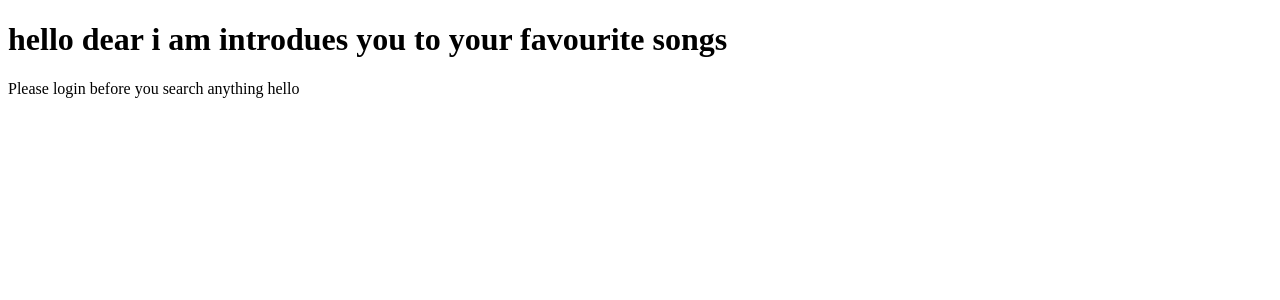
Repository: sandypatidar/my-all-java-code
Page: eclipse-workspace/eclipse-workspace/myProject/WebContent/index.html
The author's editor kept a copy of each file at every save. The page is drawn from the files as they stood at one save, then again after the next save.
The browser window is 1280 px wide. The pictures show the whole page.

Above is the page before, as saved 2019-05-30 13:13:11.

After the next save:
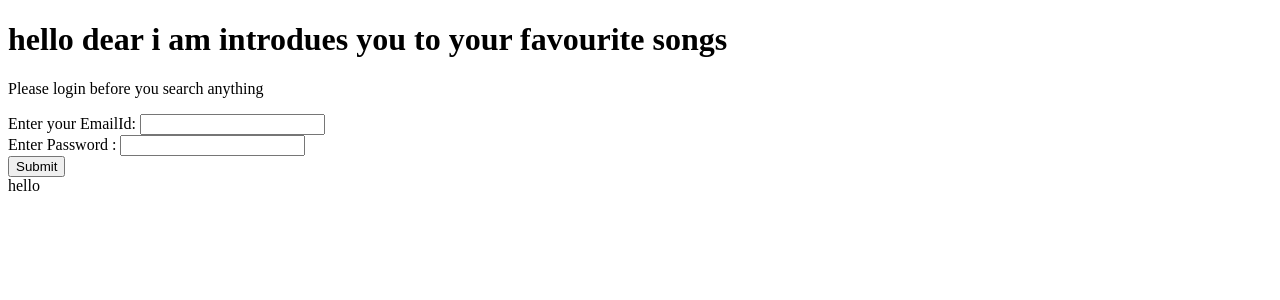
Saved 3 min 52 s later.
--- a/eclipse-workspace/eclipse-workspace/myProject/WebContent/index.html
+++ b/eclipse-workspace/eclipse-workspace/myProject/WebContent/index.html
@@ -6,8 +6,12 @@
 </head>
 <body>
 <h1>hello dear i am introdues you to your favourite  songs </h1>
-	<p>Please login before you search anything
-
+	<div id="login">
+	<p>Please login before you search anything</p>
+	Enter your EmailId: <input type="email" name="email" ><br>
+	Enter Password : <input type="password" name="pass" > <br>
+	<input type="submit">
+	</div>
 
 </body>
 hello
